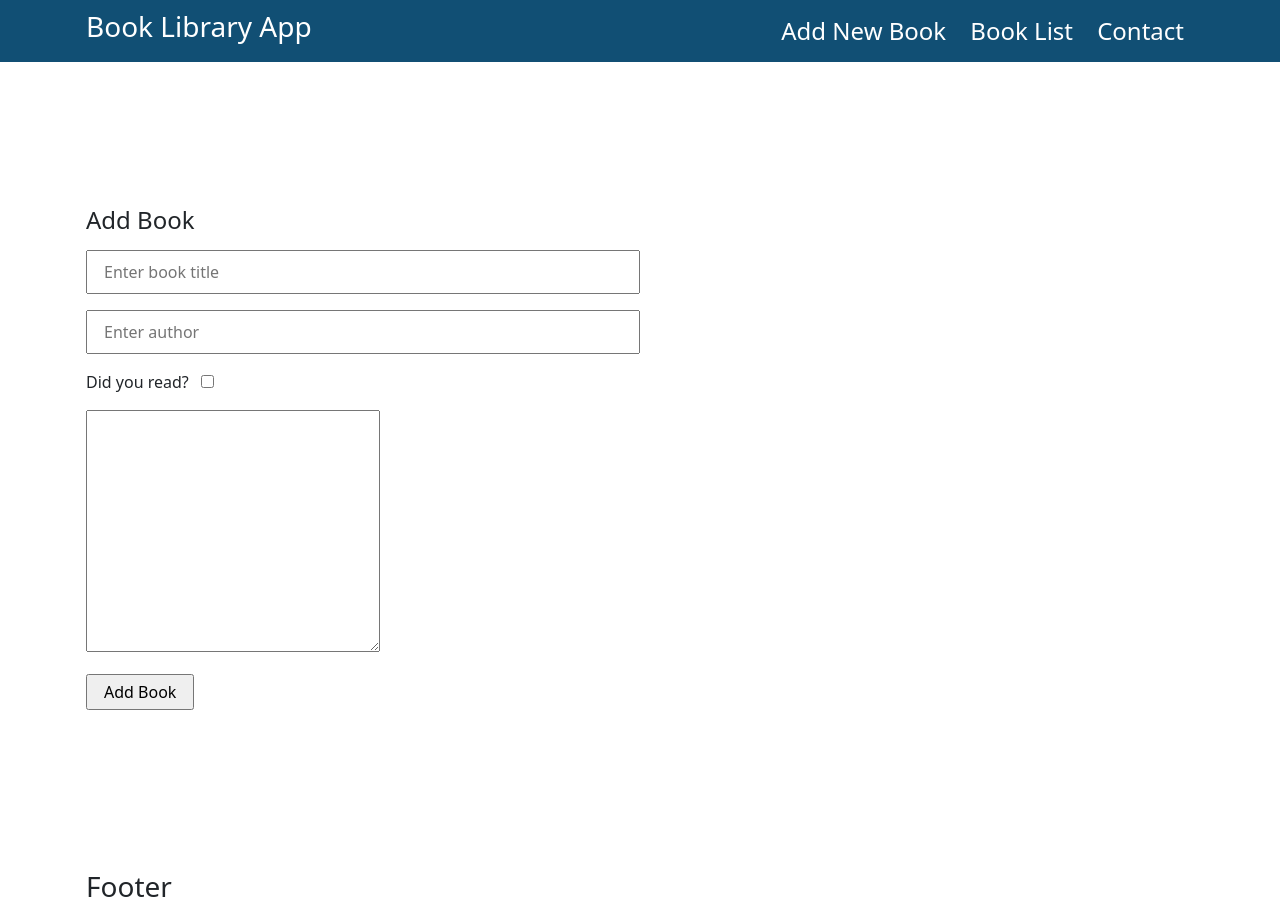
Repository: just-mann/booklibrary-app
Page: http://localhost/
These files come from the project's save history. The page is drawn as it stood at one moment and after the next save; the edit follows.
The browser window is 1280 px wide. The pictures show the whole page.
The page is served by the project's Node server (app.js).

Above is the page before, as saved 2021-06-06 03:39:08.

### views/index.ejs
<!DOCTYPE html>
<html lang="en">
<%- include('./partials/Header') %>
<body>
    <%- include('./partials/Navbar') %>
      <div class="container py-5">
        <div class="w-50 p-5 px-0">
          <form action="/books" method="POST" class="p-5 px-0">
            <h4>Add Book</h4>
              <div class="my-3">
                <input class="px-3 py-2 title w-100" type="text" name="title" id="title" placeholder="Enter book title" required>
              </div>
              <div class="my-3">
                <input class="px-3 py-2 author w-100" type="text" name="author" id="author" placeholder="Enter author" required>
              </div>
              <div class="my-3">
                <label for="isRead" class="mr-2">Did you read?</label>
                <input class="px-3 py-2 isRead" type="checkbox" name="isRead" id="isRead">
              </div>
              <div class="my-3">
                <textarea name="summary" id="summary" cols="30" rows="10"></textarea>
              </div>
              <div class="my-3">
                <input class="px-3 py-1 submitBtn" type="submit" value="Add Book">
              </div>
          </form>
        </div>
      </div>
    <%- include('./partials/Footer') %>
</body>
</html>

### views/partials/Header.ejs
<head>
    <meta charset="UTF-8">
    <meta name="viewport" content="width=device-width, initial-scale=1.0">
    <title><%= title %></title>
    <link rel="stylesheet" href="https://stackpath.bootstrapcdn.com/bootstrap/5.0.0-alpha1/css/bootstrap.min.css" integrity="sha384-r4NyP46KrjDleawBgD5tp8Y7UzmLA05oM1iAEQ17CSuDqnUK2+k9luXQOfXJCJ4I" crossorigin="anonymous">
    <script src="https://cdn.jsdelivr.net/npm/popper.js@1.16.0/dist/umd/popper.min.js" integrity="sha384-Q6E9RHvbIyZFJoft+2mJbHaEWldlvI9IOYy5n3zV9zzTtmI3UksdQRVvoxMfooAo" crossorigin="anonymous"></script>
    <link rel="stylesheet" href="https://unpkg.com/aos@next/dist/aos.css" />
    <link rel="stylesheet" href="https://unpkg.com/aos@next/dist/aos.css" />
    <script src="https://stackpath.bootstrapcdn.com/bootstrap/5.0.0-alpha1/js/bootstrap.min.js" integrity="sha384-oesi62hOLfzrys4LxRF63OJCXdXDipiYWBnvTl9Y9/TRlw5xlKIEHpNyvvDShgf/" crossorigin="anonymous"></script>
    <link rel="stylesheet" href="/style.css">
  </head>

### views/partials/Navbar.ejs
<nav class="container-fluid sticky-top">
    <div class="container">
        <a href="/" class="logo"><h3>Book Library App</h3></a>
        <div class="nav__links">
            <a href="/">Add New Book</a>
            <a href="/booklist">Book List</a>
            <a href="/contact">Contact</a>
        </div>
    </div>
</nav>

### views/partials/Footer.ejs
<footer>
    <script src="https://ajax.googleapis.com/ajax/libs/jquery/3.5.1/jquery.min.js"></script>
    <script src="/script.js"></script>
    <div class="container">
        <h3>Footer</h3>
    </div>
</footer>
<script src="https://unpkg.com/aos@next/dist/aos.js"></script>
<script>
  AOS.init();
</script>

### app.js
const express = require('express'); //import express package
const app = express(); //initialize the express app
const bodyParser = require('body-parser') //import body-parser to handle data from the form
const MongoClient = require('mongodb').MongoClient; //import the mongodbClient
const { ObjectId } = require('bson');
const dbName = 'myBookList';
const dbCollectionName = 'bookCollection';

const PORT = process.env.PORT || 5000;


// Configure the body-parser
app.use(bodyParser.urlencoded({ extended: true }));


// Make static files accessible
app.use(express.static('public'));


// Set View Engine
app.set('view engine', 'ejs');



// Connect to Database
const dbURI = 'mongodb+srv://bookUser:cUk4rECaXyAWsNz8@crud-tutorial.xd65d.mongodb.net/myBookList?retryWrites=true&w=majority';
MongoClient.connect(dbURI, { useUnifiedTopology: true })
    .then(client => {

        app.listen(PORT, () => {
            console.log(`App is now running on PORT ${PORT} and Database: ${dbName} is connected`)
        });

        const db = client.db(`${dbName}`);

        const myCollection = db.collection(`${dbCollectionName}`);

        app.post('/books', (req, res) => {
            myCollection.insertOne(req.body)
                .then(result => {
                    console.log('Item added to database...');
                })
                .catch(err => console.log(err));
            res.redirect('bookList');
        })

        app.get('/booklist', (req, res) => {
            myCollection.find().sort({_id: -1}).toArray()
                .then(result => {
                    res.render('bookList', { myList: result, title: "Book List" });
                })
                .catch(err => console.log(err));
        })


        app.get('/booklist/:id', (req, res) => {
            const id = req.params.id;
            myCollection.findOne({ _id: ObjectId(`${id}`)})
                .then(result => {
                    res.render('details', { singleBook: result, title: `Book Detail  -  ${result.title}` })
                })
                .catch(err => console.log(err));
        })


        app.delete('/booklist/:id', (req, res) => {
            const id = req.params.id;
            myCollection.deleteOne({_id: ObjectId(`${id}`)})
                .then(result => {
                    res.json({ redirect: '/booklist'})
                })
                .catch(err => console.log(err));
        })


        app.get('/', (req, res) => {
            res.render('index', { title: "Add New Book" });
        })


        app.get('/contact', (req, res) => {
            res.render('contact', { title: "Contact Me" });
        })

        app.use((req, res) => {
            res.status(404).render('404', { title: '404, Page Not Found'});
        })

    })
    .catch(err => console.log(err));

### public/style.css
* {
    padding: 0;
    margin: 0;
    box-sizing: border-box;
}

a {
    text-decoration: none;
}

nav {
    background-color: #114f74;
    padding: 10px 0px;
}

nav .container {
    display: flex;
    justify-content: space-between;
    align-items: center;
}

nav .container .logo h3 {
    color: #ffffff;
    font-weight: 350;
}

nav .container .nav__links {
    color: #ffffff;
}

nav .container .nav__links a {
    color: #ffffff;
    font-size: 1.5rem;
    padding: 10px 0px;
    margin: 0px 10px;
    font-weight: 300;
}

.nav__links a:hover {
    color: red;
}

.listDiv {
    display: flex;
    grid-template-columns: repeat(3, 1fr);
}

.list {
    max-width: 350px;
    min-height: 150px;
    margin: 0px 15px;
    background-color: #e2e2e2;
    border-left: 15px solid #41a1b9;
    opacity: 0.9;
    transition: opacity 0.6s;
}

.list:hover {
    opacity: 1;
}

Loaded but not shown: public/script.js (no stored copy; drawn as an empty file)

After the next save:
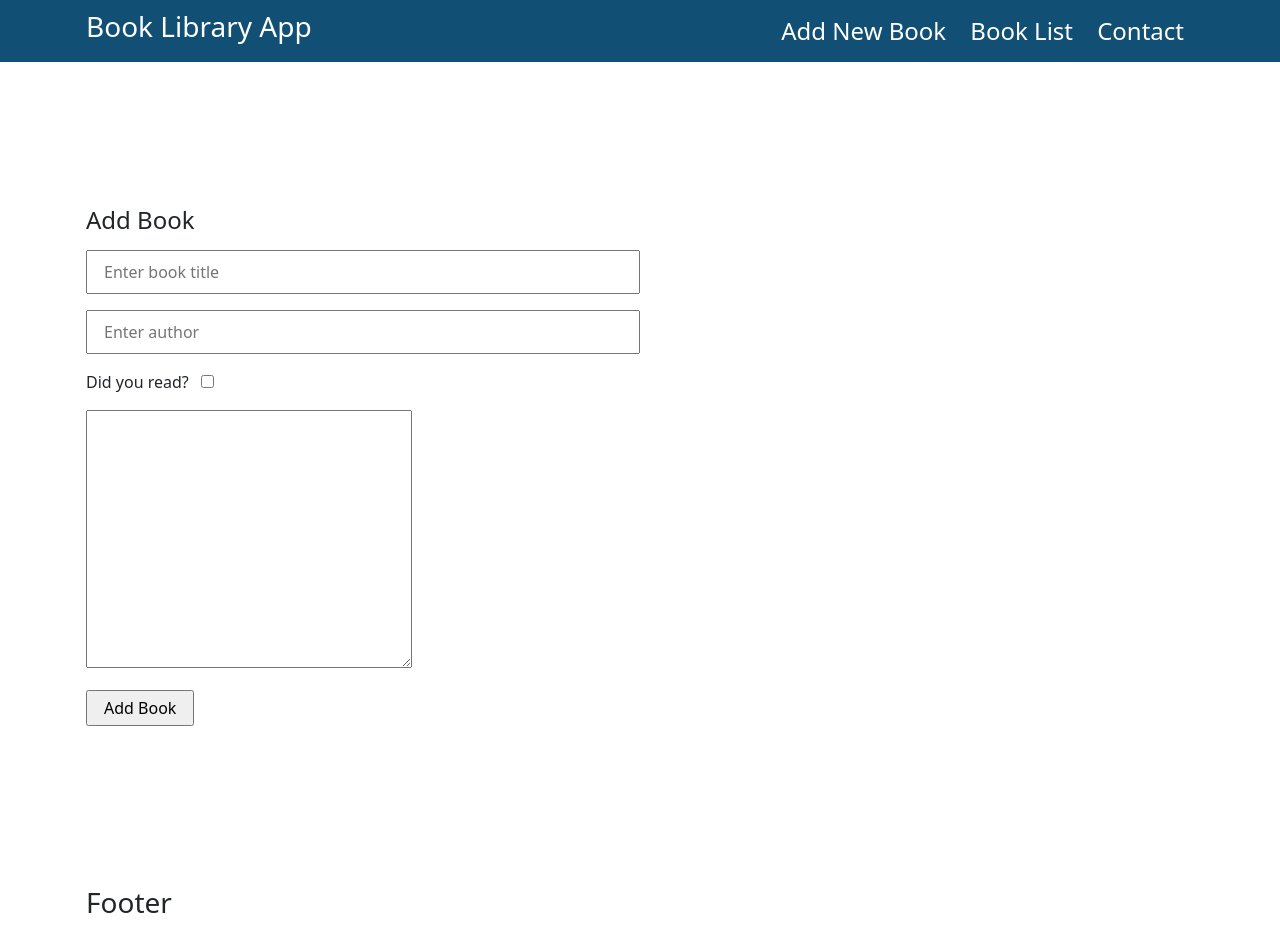
Saved 21 s later.
--- a/views/index.ejs
+++ b/views/index.ejs
@@ -18,7 +18,7 @@
                 <input class="px-3 py-2 isRead" type="checkbox" name="isRead" id="isRead">
               </div>
               <div class="my-3">
-                <textarea name="summary" id="summary" cols="30" rows="10"></textarea>
+                <textarea class="px-3 py-2 isRead" name="summary" id="summary" cols="30" rows="10"></textarea>
               </div>
               <div class="my-3">
                 <input class="px-3 py-1 submitBtn" type="submit" value="Add Book">
